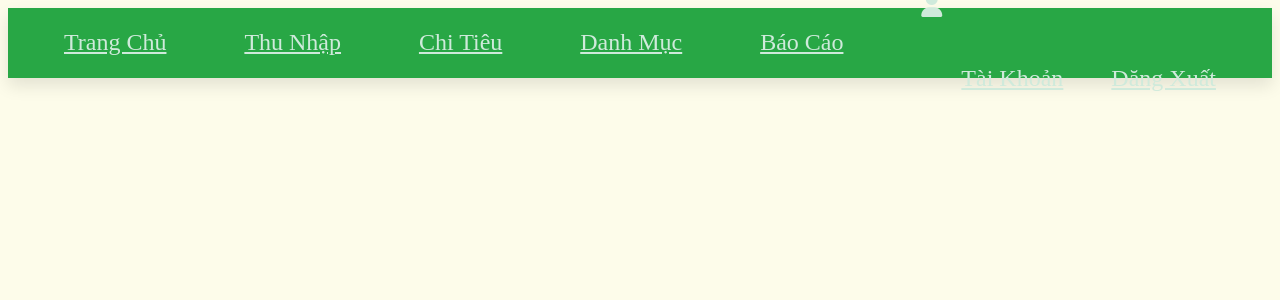
Repository: Dien973/expense_manager
Page: http://localhost/expense_manager/user_page/home.php
These files come from the project's save history. The page is drawn as it stood at one moment and after the next save; the edit follows.
The browser window is 1280 px wide. The pictures show the whole page.
The page is run by PHP 8.4 with error messages shown; the project is at /var/www/html/.

Above is the page before, as saved 2025-12-05 18:48:41.

After the next save:
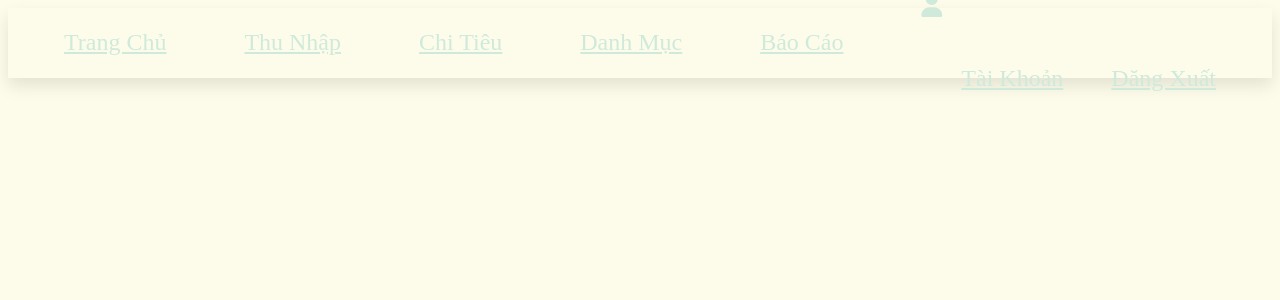
Saved 24 s later.
--- a/css/header.css
+++ b/css/header.css
@@ -3,7 +3,7 @@
   top: 0;
   left: 0;
   right: 0;
-  background-color: #28a745;
+  background-color: rgb(253, 252, 234);
   z-index: 1000;
   box-shadow: 0 0.5rem 1rem rgba(0, 0, 0, 0.1);
 }
